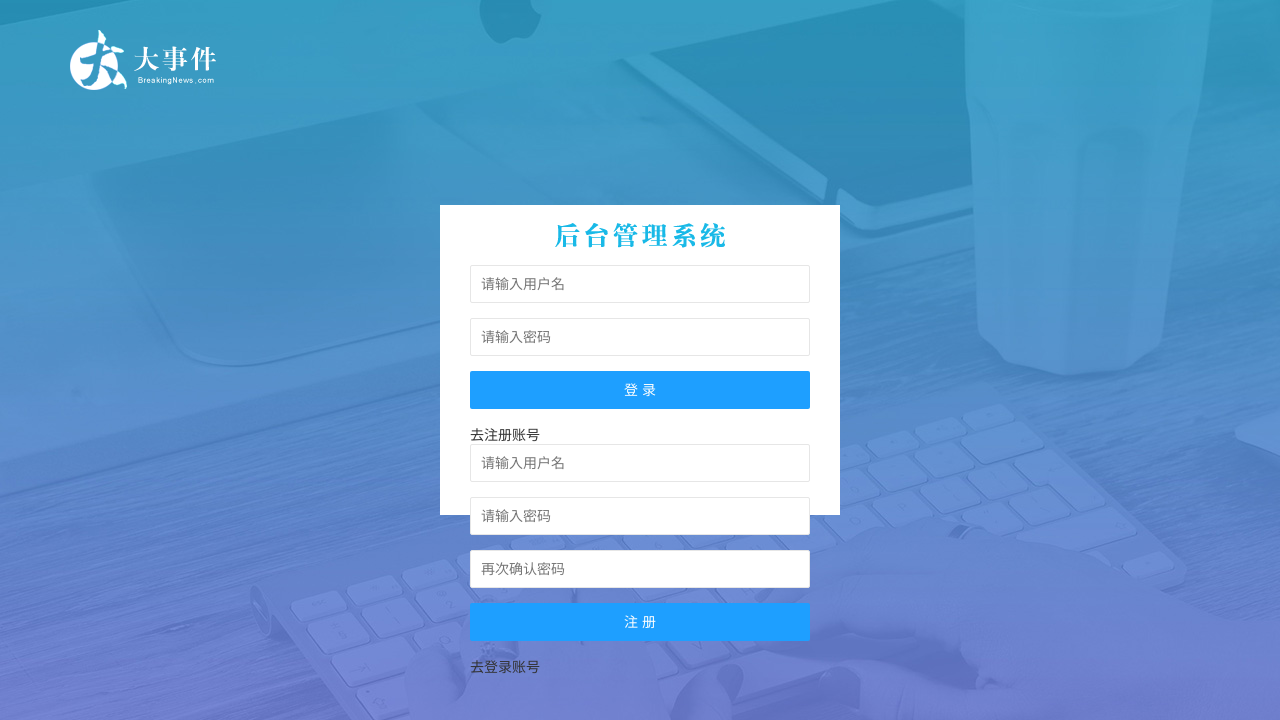
Repository: xxsleep/-
Page: home/login.html
The author's editor kept a copy of each file at every save. The page is drawn from the files as they stood at one save, then again after the next save.
The browser window is 1280 px wide. The pictures show the whole page.

Above is the page before, as saved 2020-11-24 09:05:08.

### home/login.html
<!DOCTYPE html>
<html lang="en">

<head>
    <meta charset="UTF-8">
    <meta name="viewport" content="width=device-width, initial-scale=1.0">
    <title>75期-大事件后台登录页面</title>
    <link rel="stylesheet" href="/assets/lib/layui/css/layui.css">
    <link rel="stylesheet" href="/assets/css/login.css">
</head>

<body>

    <div class="head layui-main">
        <img src="../assets/images/logo.png" alt="">
    </div>
    <div class="loginbox">
        <div class="title">
        </div>
        <div class="lgbox">
            <form class="layui-form" action="">
                <div class="layui-form-item">
                    <input type="text" name="title" required lay-verify="required" placeholder="请输入用户名"
                        autocomplete="off" class="layui-input">
                </div>
                <div class="layui-form-item">
                    <input type="text" name="title" required lay-verify="required" placeholder="请输入密码"
                        autocomplete="off" class="layui-input">
                </div>
                <div class="layui-form-item ">
                    <button class="layui-btn layui-btn-fluid layui-btn-normal" lay-submit lay-filter="formDemo">登
                        录</button>
                </div>
                <a href="javascript:">去注册账号</a>
            </form>
        </div>
        <div class="rgbox">
            <form class="layui-form" action="">
                <div class="layui-form-item">
                    <input type="text" name="title" required lay-verify="required" placeholder="请输入用户名"
                        autocomplete="off" class="layui-input">
                </div>
                <div class="layui-form-item">
                    <input type="text" name="title" required lay-verify="required" placeholder="请输入密码"
                        autocomplete="off" class="layui-input">
                </div>
                <div class="layui-form-item">
                    <input type="text" name="title" required lay-verify="required" placeholder="再次确认密码"
                        autocomplete="off" class="layui-input">
                </div>
                <div class="layui-form-item ">
                    <button class="layui-btn layui-btn-fluid layui-btn-normal" lay-submit lay-filter="formDemo">注
                        册</button>
                </div>
                <a href="javascript:">去登录账号</a>
            </form>
        </div>
    </div>
</body>

</html>

### assets/css/login.css
html, body {
  width: 100%;
  height: 100%;
  background: url(../images/login_bg.jpg) no-repeat center center/cover;
  overflow: hidden;
}

.head {
  margin-top: 30px;
}

.container {
  position: relative;
}

.loginbox {
  width: 400px;
  height: 310px;
  position: absolute;
  top: 50%;
  left: 50%;
  transform: translate(-50%, -50%);
  background-color: #fff;
}

.loginbox .title {
  height: 60px;
  line-height: 60px;
  background: url(/assets/images/login_title.png) no-repeat center;
}

.layui-form {
  padding: 0 30px;
}

Loaded but not shown: assets/lib/layui/css/layui.css (library)

After the next save:
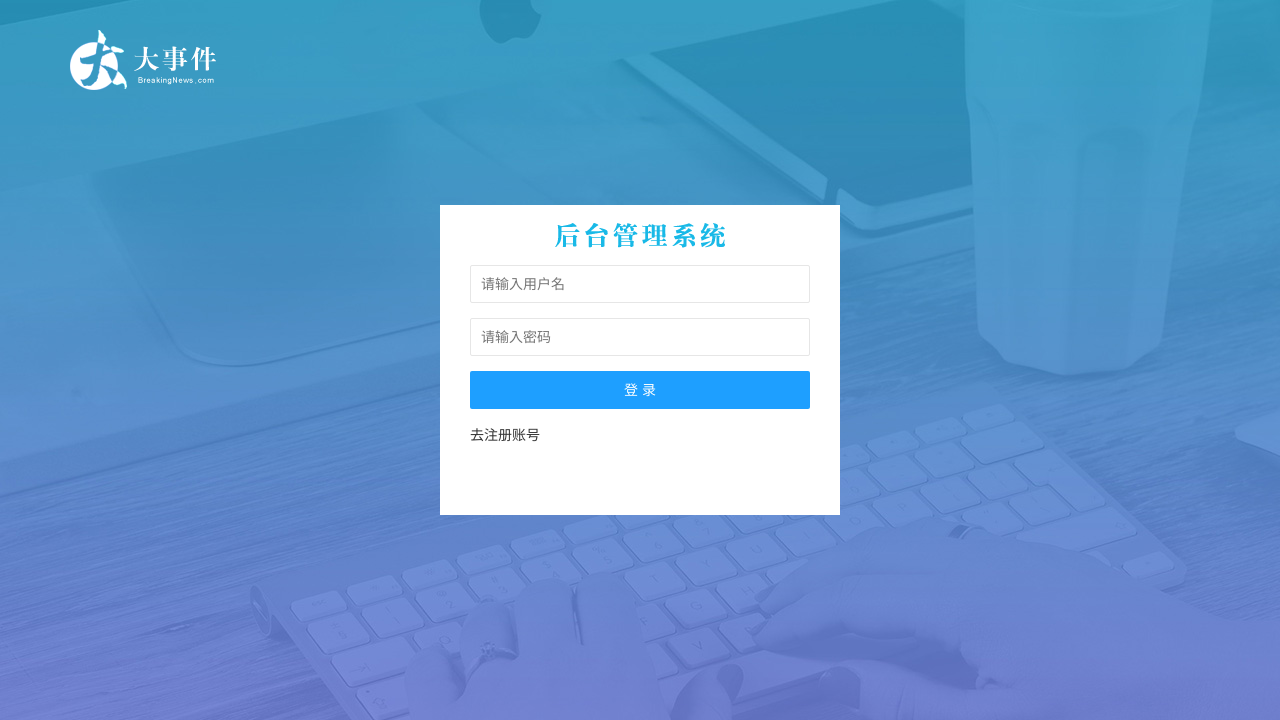
Saved 111 s later.
--- a/assets/css/login.css
+++ b/assets/css/login.css
@@ -32,3 +32,7 @@ html, body {
 .layui-form {
   padding: 0 30px;
 }
+
+.rgbox {
+  display: none;
+}
